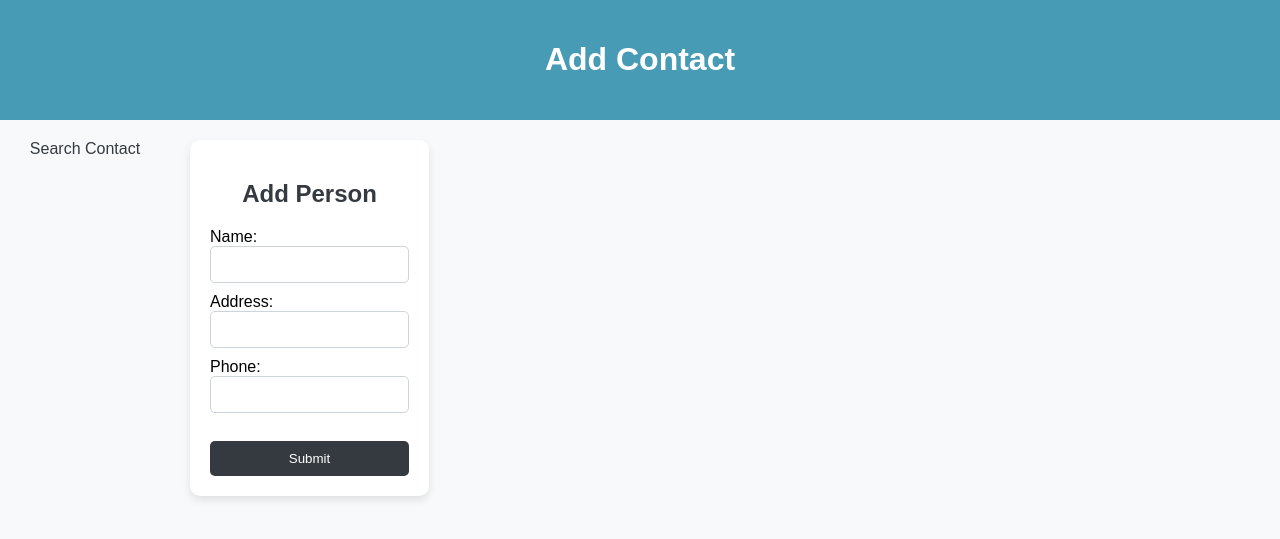
Repository: jonahnathan/techExercise
Page: webproject/src/main/webapp/simpleFormInsert.html
An editor plug-in stored every save of this project. The page is shown before and after the next save, followed by the edit.
The browser window is 1280 px wide. The pictures show the whole page.

Above is the page before, as saved 2024-03-28 22:59:08.

### webproject/src/main/webapp/simpleFormInsert.html
<!DOCTYPE html>
<html lang="en">
<head>
    <meta charset="UTF-8">
    <meta name="viewport" content="width=device-width, initial-scale=1.0">
    <title>Add Contact</title>
    <style>
        body {
            font-family: Arial, sans-serif;
            margin: 0;
            padding: 0;
            background-color: #f8f9fa;
        }

        header {
            background-color: #489bb5;
            color: white;
            text-align: center;
            padding: 20px;
        }

        nav {
            background-color: #f8f9fa;
            padding: 10px;
            width: 150px;
            float: left;
        }

        nav a {
            display: block;
            color: #343a40;
            text-decoration: none;
            padding: 10px 0;
            text-align: center;
        }

        nav a:hover {
            background-color: #e9ecef;
        }

        section {
            background-color: white;
            float: left;
            padding: 20px;
            margin: 20px;
            border-radius: 10px;
            box-shadow: 0 4px 8px 0 rgba(0,0,0,0.1);
        }

        section h1 {
            color: #343a40;
            margin-bottom: 20px;
            text-align: center;
        }

        form {
            max-width: 300px;
            margin: 0 auto;
        }

        input[type="text"] {
            width: 100%;
            padding: 10px;
            margin-bottom: 10px;
            border: 1px solid #ced4da;
            border-radius: 5px;
            box-sizing: border-box;
        }

        input[type="submit"] {
            width: 100%;
            padding: 10px;
            background-color: #343a40;
            color: white;
            border: none;
            border-radius: 5px;
            cursor: pointer;
        }

        input[type="submit"]:hover {
            background-color: #23272b;
        }

        footer {
            background-color: #343a40;
            color: white;
            clear: both;
            text-align: center;
            padding: 20px;
        }
    </style>
</head>
<body>

<header>
    <h1>Add Contact</h1>
</header>

<nav>
    <a href="/webproject/simpleFormSearch.html">Search Contact</a>
</nav>

<section>
    <h1>Add Person</h1>
    <form action="SimpleFormInsert" method="POST">
        <label for="name">Name:</label><br>
        <input type="text" id="name" name="name"><br>
        <label for="address">Address:</label><br>
        <input type="text" id="address" name="address"><br>
        <label for="phone">Phone:</label><br>
        <input type="text" id="phone" name="phone"><br><br>
        <input type="submit" value="Submit">
    </form>
</section>



</body>
</html>

After the next save:
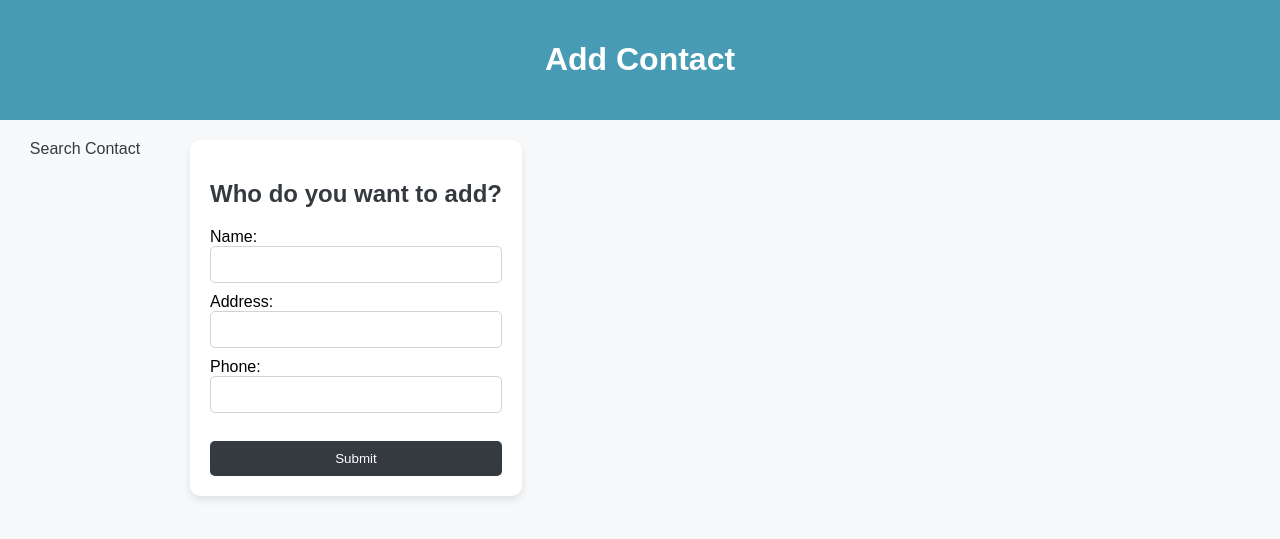
Saved 22 s later.
--- a/webproject/src/main/webapp/simpleFormInsert.html
+++ b/webproject/src/main/webapp/simpleFormInsert.html
@@ -101,7 +101,7 @@
 </nav>
 
 <section>
-    <h1>Add Person</h1>
+    <h1>Who do you want to add?</h1>
     <form action="SimpleFormInsert" method="POST">
         <label for="name">Name:</label><br>
         <input type="text" id="name" name="name"><br>
